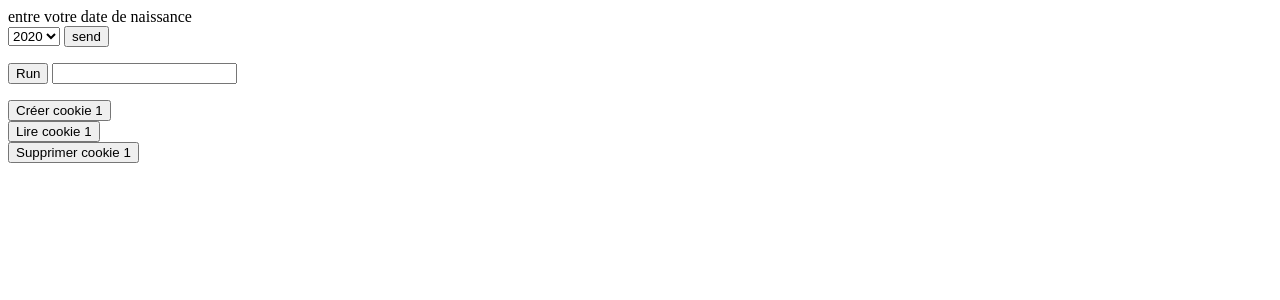
Repository: SarahG4000/workshop-cookies
Page: http://localhost/
These files come from the project's save history. The page is drawn as it stood at one moment and after the next save; the edit follows.
The browser window is 1280 px wide. The pictures show the whole page.
The page is run by PHP 8.4 with error messages shown; the project is at /var/www/html/.

Above is the page before, as saved 2020-09-02 12:33:15.

### src/index.php
<?php
include './php/cookies.php'; ?>

<!DOCTYPE html>
<html lang="en">

<head>
    <meta charset="UTF-8">
    <meta name="viewport" content="width=device-width, initial-scale=1.0">
    <title>Workshop</title>
</head>

<body>
    <div id="app">
        <button id="run">Run</button>

        <input type="text" id="creatin"  />
        <p>
        <button id="creat">Créer cookie 1</button><br>
        <button id="read">Lire cookie 1</button><br>
        <button id="delete">Supprimer cookie 1</button>
        </p>


        <!-- <?php
//HelloWorld();
?> -->
    </div>
    <script src="./javasscript/cookies.js"></script>

</body>

</html>

### src/php/cookies.php
<?php
$age = null;
if (!empty($_COOKIE['birthday'])) {
    $birthday = (int) $_COOKIE['birthday'];
    $age = (int) date('Y') - $birthday;
}

if (!empty($_POST['birthday'])) {
    setcookie('birthday', $_POST['birthday']);
}
?>

<form action="" method="post">
<label for="birthday">entre votre date de naissance</label>
    <div>
        <select name="birthday">
        <?php for ($i = 2020; $i > 1919; $i--): ?>
        <option value="<?= $i ?>"><?= $i ?></option>
        <?php endfor; ?>
        </select>
        <button type="submit">send</button>
    </div>
</form>

### src/javasscript/cookies.js
const hello = 'Hello World'

document.querySelector('#run').addEventListener('click', () => {
  console.log(hello)
})

After the next save:
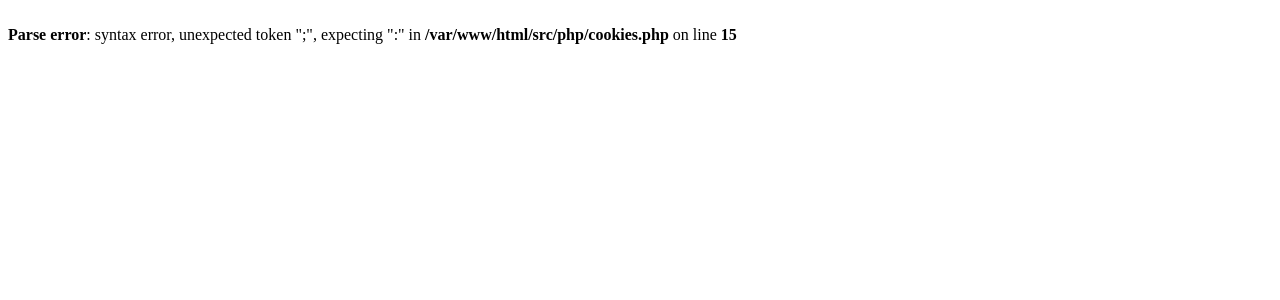
Saved 40 min 50 s later.
--- a/src/php/cookies.php
+++ b/src/php/cookies.php
@@ -10,6 +10,10 @@ if (!empty($_POST['birthday'])) {
 }
 ?>
 
+<?php if($age && $age >= 18): ?>
+    <h1>contenue pour les adultes</h1>
+<?php else ?>
+
 <form action="" method="post">
 <label for="birthday">entre votre date de naissance</label>
     <div>
